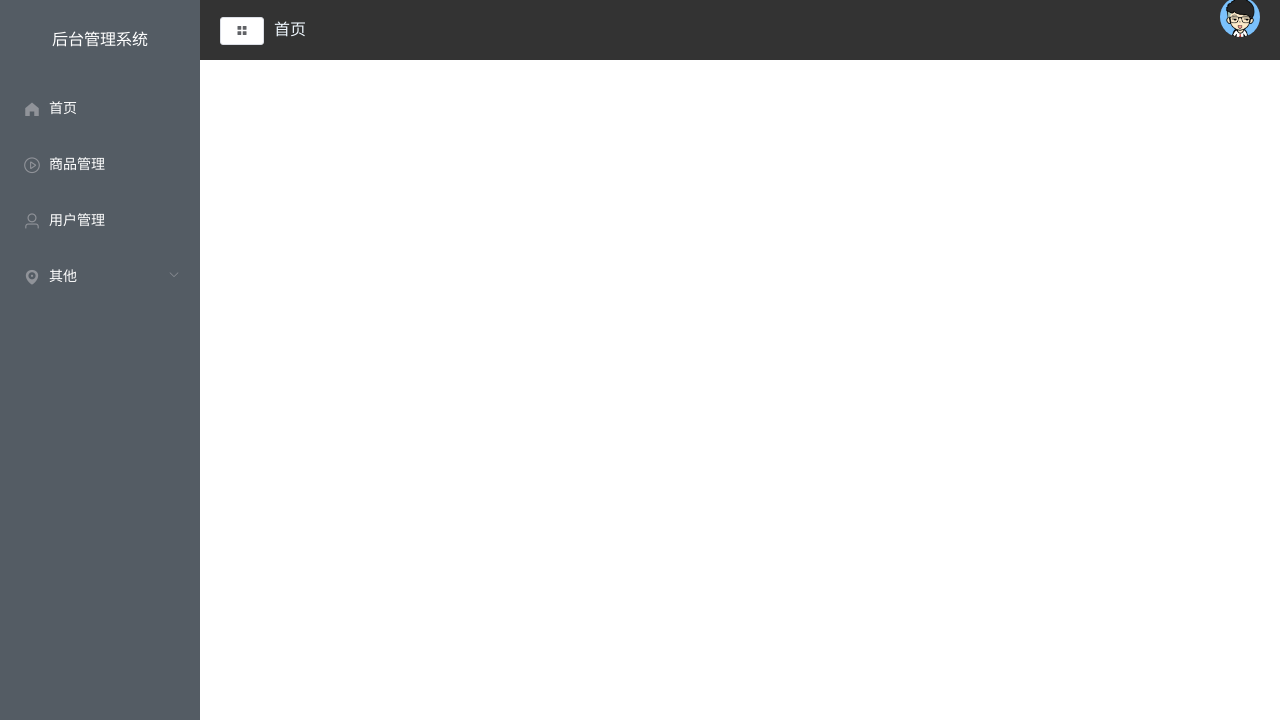
Repository: wuqu11/Management-system
Page: /
These files come from the project's save history. The page is drawn as it stood at one moment and after the next save; the edit follows.
The browser window is 1280 px wide. The pictures show the whole page.
The project was rebuilt for these pictures with package versions that can differ from the ones it lists, and the page was loaded fresh each time. Also part of the build but not shown: vue.config.js, src/view/User.vue, src/view/Home.vue, src/view/Mall.vue, src/view/PageOne.vue, src/view/PageTwo.vue.

Above is the page before, as saved 2023-07-17 22:04:18.

After the next save:
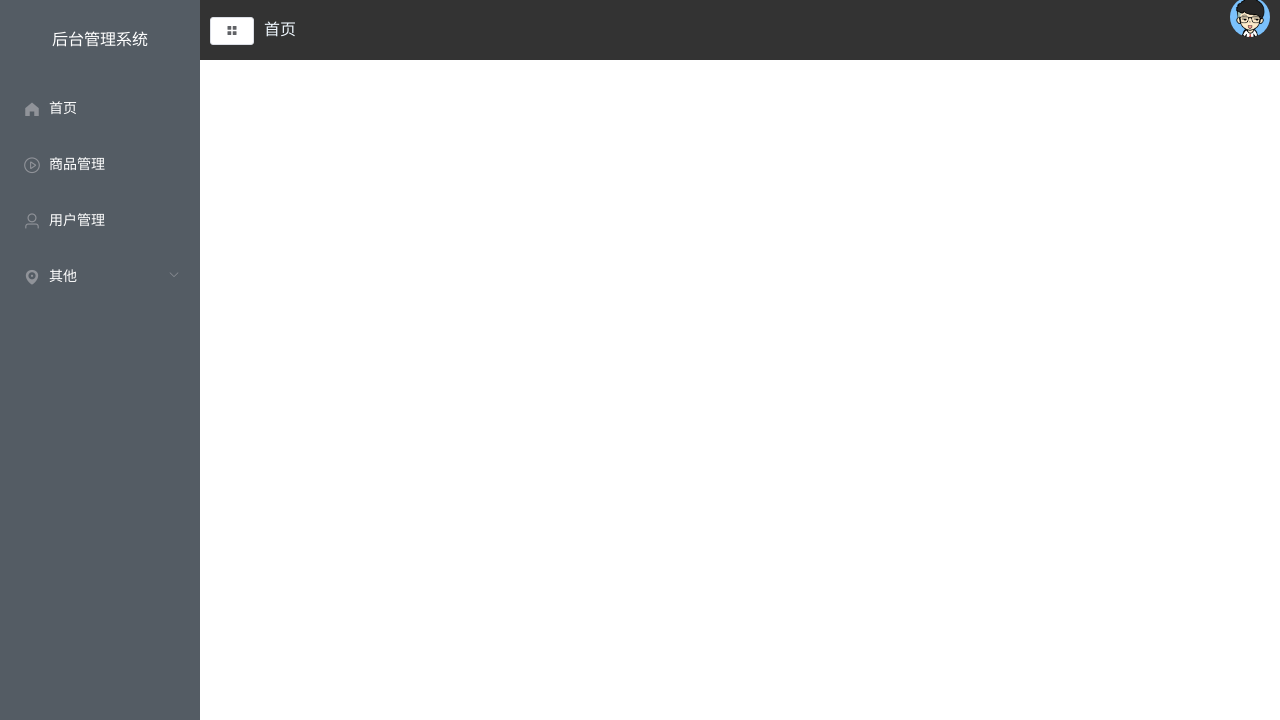
Saved 26 s later.
--- a/src/components/CommenHeader.vue
+++ b/src/components/CommenHeader.vue
@@ -33,7 +33,7 @@ export default {
 .header-container {
     height: 60px;
     background-color: #333;
-    padding: 0 20px;
+    padding: 0 10px;
     display: flex;
     align-items: center;
     justify-content: space-between;
